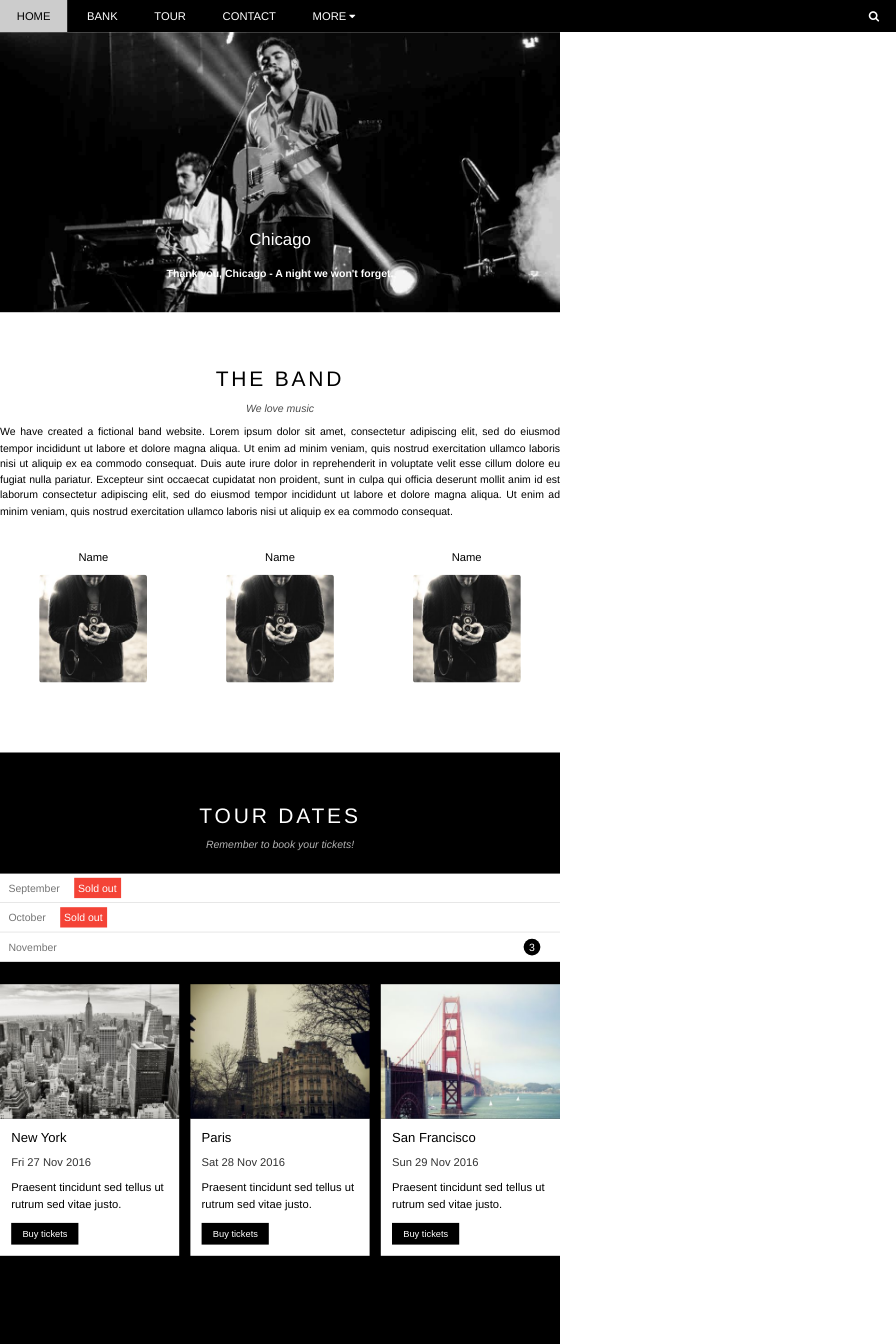
Repository: vuongtm1999/TheBand_W3School
Page: index.html
An editor plug-in stored every save of this project. The page is shown before and after the next save, followed by the edit.
The browser window is 1280 px wide. The pictures show the part of the page from y = 0 to 1920 px (the page is 2981 px tall before and 3474 px after), at 70% of full size.

Above is the page before, as saved 2022-08-28 18:39:57.

After the next save:
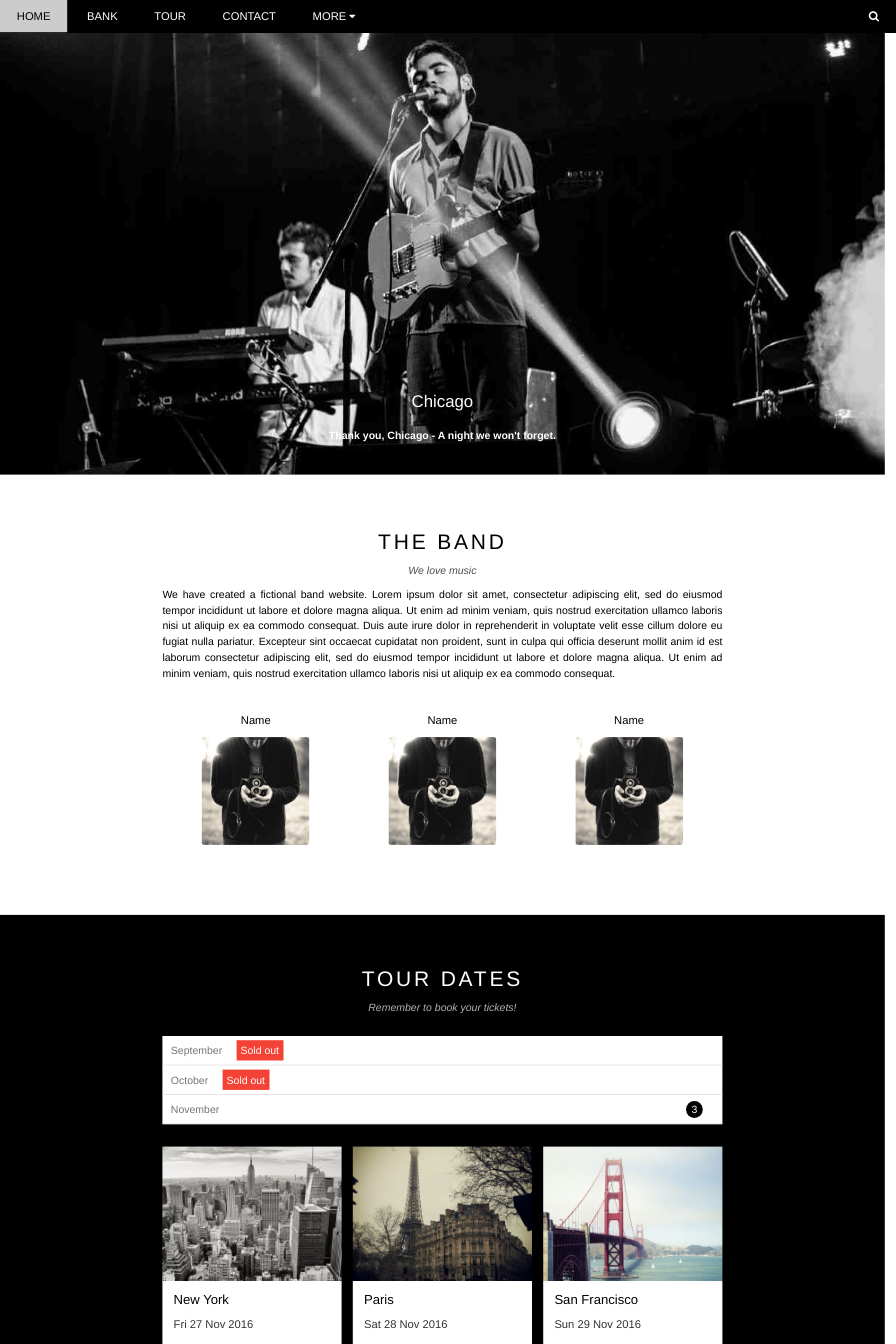
Saved 17 s later.
--- a/assets/css/style.css
+++ b/assets/css/style.css
@@ -206,8 +206,8 @@ a{
 
 #content{
     width: 800px;
-    min-width: 100%
-    padding-right: 16%;
+    min-width: 100%;
+    padding-right: 16px;
 }
 
 #content .content-section{
